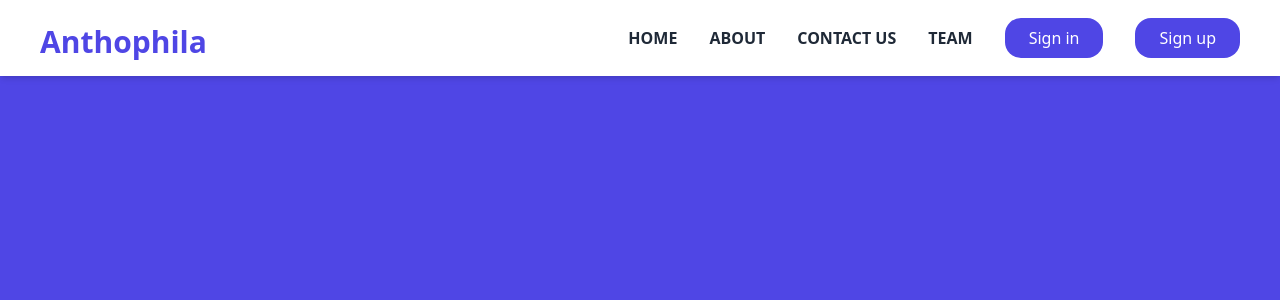
Repository: marcusdashe/anthophila
Page: /
An editor plug-in stored every save of this project. The page is shown before and after the next save, followed by the edit.
The browser window is 1280 px wide. The pictures show the whole page.
The project was rebuilt for these pictures with package versions that can differ from the ones it lists, and the page was loaded fresh each time. The framework's server and built-in components were replaced by stand-ins that run in the browser. Also part of the build but not shown: next.config.js, styles/Home.module.css.

Above is the page before, as saved 2023-02-24 15:05:47.

### pages/index.js
import Head from 'next/head'
import Image from 'next/image'
import { Inter } from '@next/font/google'
import styles from '@/styles/Home.module.css'
import { Nav } from '@/components/Nav'

const inter = Inter({ subsets: ['latin'] })

export default function Home() {
  return (
    <>
      <Head>
        <title>Anthophilia</title>
        <meta name="description" content="decentralized platform for storing will" />
        <meta name="viewport" content="width=device-width, initial-scale=1" />
        <link rel="icon" href="/favicon.ico" />
      </Head>
      <Nav />
      <main className="bg-indigo-600 w-full h-screen">

      </main>
    </>
  )
}

### components/Nav.jsx
import React from 'react'
import Button from './Button'

export const Nav = () => {
  let Links = [
    { name: "HOME", link: "/"},
    { name: "ABOUT", link: "/about"},
    { name: "CONTACT US", link: "/contact"},
    { name: "TEAM", link: "/team"},
  ]
  return (
    <div className='shadow-md w-full fixed top-0 left-0'>
        <div className='md:flex items-center justify-between bg-white py-4 md:px-10 px-7'>
            <div className='font-bold text-2xl cursor-pointer flex items-center text-gray-80'>
                <span className='text-3xl text-indigo-600 mr-1 pt-2'>
                    Anthophila
                </span>
            </div>
            <ul className='md:flex md:items-center md:pb-0 pb-12 absolute md:static bg-white md:z-auto z-[-1] left-0 w-full md:w-auto md:p1-0 p1-9 transition-all duration-500'>
              { Links.map((link, idx) => (
                <li key={link.name} className='md:ml-8 text-md font-bold md:my-0 my-7'>
                    <a href={link.link} key={idx} className="text-gray-800 hover:text-gray-400 duration-500">{link.name}</a>
                </li>
              ))}
              <Button>Sign in</Button>
              <Button>Sign up</Button>
            </ul>
        </div>
    </div>
  )
}

### components/Button.jsx
import React from 'react'

const Button = (props) => {
  return (
    <button className='bg-indigo-600 w-150 text-white py-2 px-6 rounded-2xl md:ml-8 hover:bg-indigo-400 duration-500'>
        {props.children}
    </button>
  )
}

export default Button

### tailwind.config.js
/** @type {import('tailwindcss').Config} */

module.exports = {
  content: [
    "./app/**/*.{js,ts,jsx,tsx}",
    "./pages/**/*.{js,ts,jsx,tsx}",
    "./components/**/*.{js,ts,jsx,tsx}",
  ],
  theme: {
    extend: {},
  },
  plugins: [],
}

Loaded but not shown: pages/_app.js (common file); pages/_document.js (common file); pages/api/hello.js (common file); styles/globals.css (common file)

After the next save:
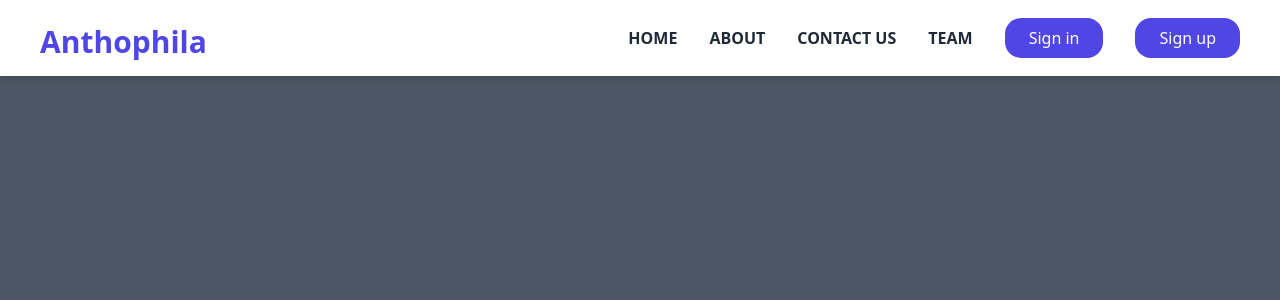
Saved 7 s later.
--- a/pages/index.js
+++ b/pages/index.js
@@ -16,7 +16,7 @@ export default function Home() {
         <link rel="icon" href="/favicon.ico" />
       </Head>
       <Nav />
-      <main className="bg-indigo-600 w-full h-screen">
+      <main className="bg-gray-600 w-full h-screen">
 
       </main>
     </>

After the 2 saves that followed:
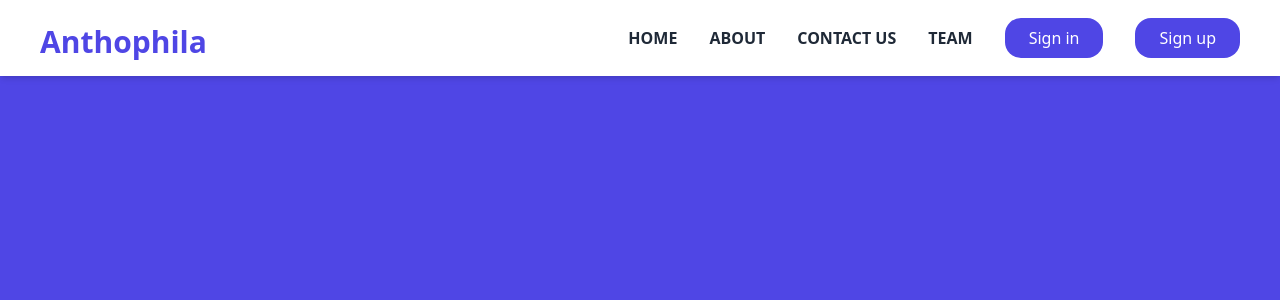
The 2 saves are shown as one change because 1 left the picture as it was.
The last was saved 30 s later.
--- a/pages/index.js
+++ b/pages/index.js
@@ -16,7 +16,7 @@ export default function Home() {
         <link rel="icon" href="/favicon.ico" />
       </Head>
       <Nav />
-      <main className="bg-gray-600 w-full h-screen">
+      <main className="bg-indigo-600 w-full h-screen">
 
       </main>
     </>
--- a/components/Button.jsx
+++ b/components/Button.jsx
@@ -2,7 +2,7 @@ import React from 'react'
 
 const Button = (props) => {
   return (
-    <button className='bg-indigo-600 w-150 text-white py-2 px-6 rounded-2xl md:ml-8 hover:bg-indigo-400 duration-500'>
+    <button className='bg-indigo-600 w-150 text-white py-2 px-6 rounded-2xl md:ml-8 hover:bg-gray-400 duration-500'>
         {props.children}
     </button>
   )
